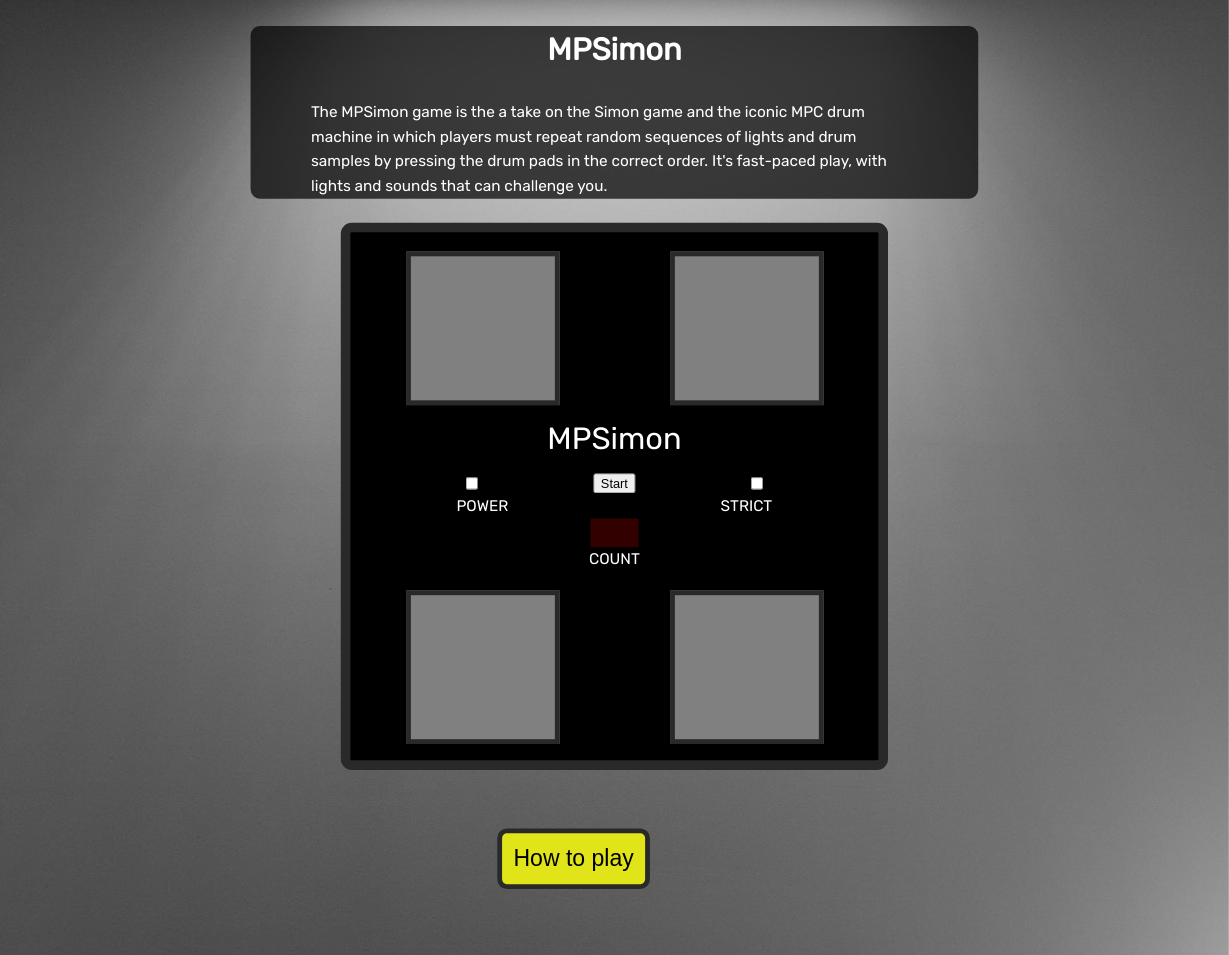
Repository: Neilfoster/MPSimon
Page: index.html
The author's editor kept a record of every edit. The page is drawn from the files as they stood at one moment, then again after the next edit.
The browser window is 1280 px wide. The pictures show the whole page, at 96% of full size.

Above is the page before.

After the next edit:
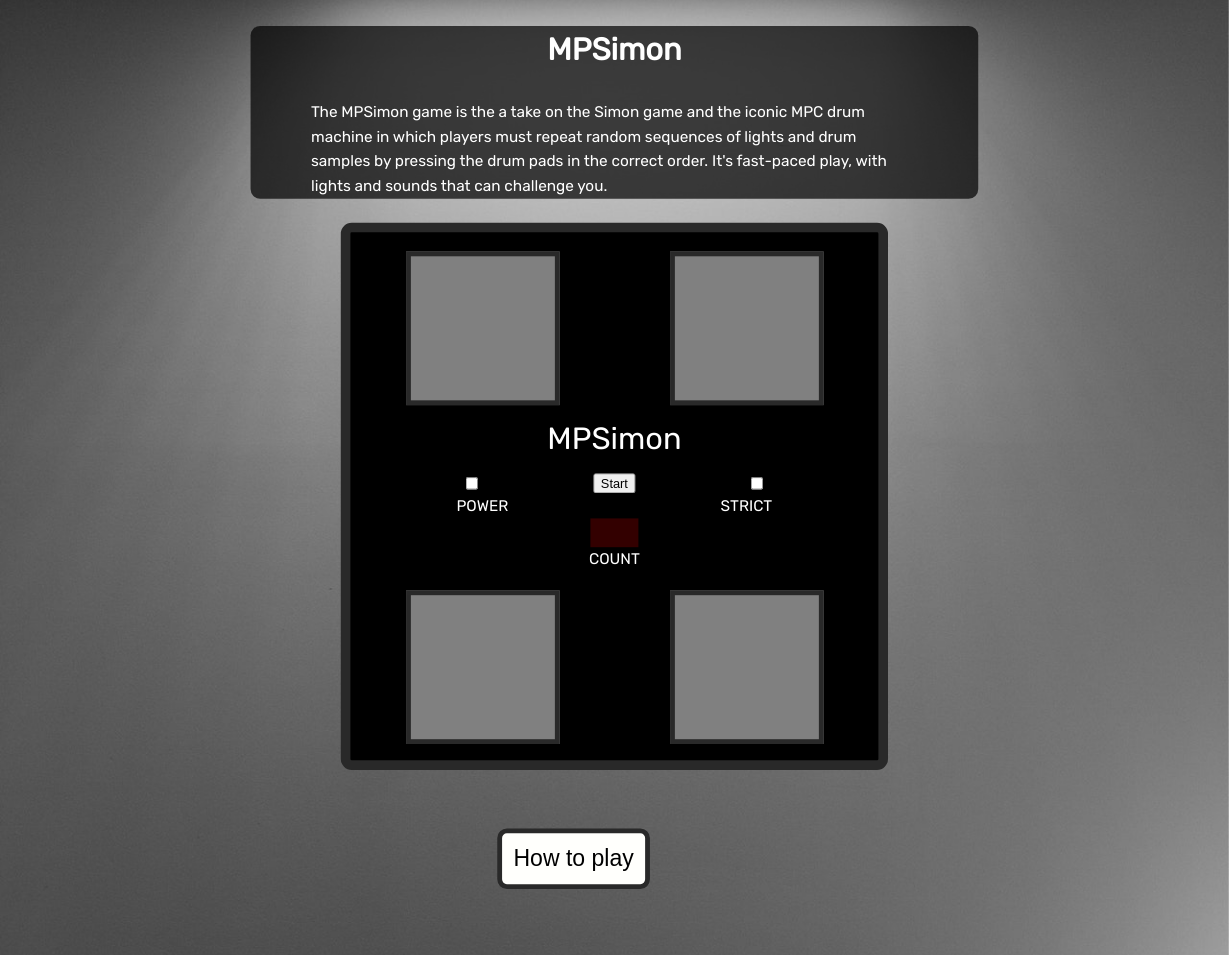
The edit:
--- a/css/style.css
+++ b/css/style.css
@@ -110,7 +110,7 @@
 
 /*Button*/
 .button {
-  background-color: #e1e419;
+  background-color:#fffffc;
   margin: 5% 40%;
   font-size: 1.5rem;
   padding:1%;
